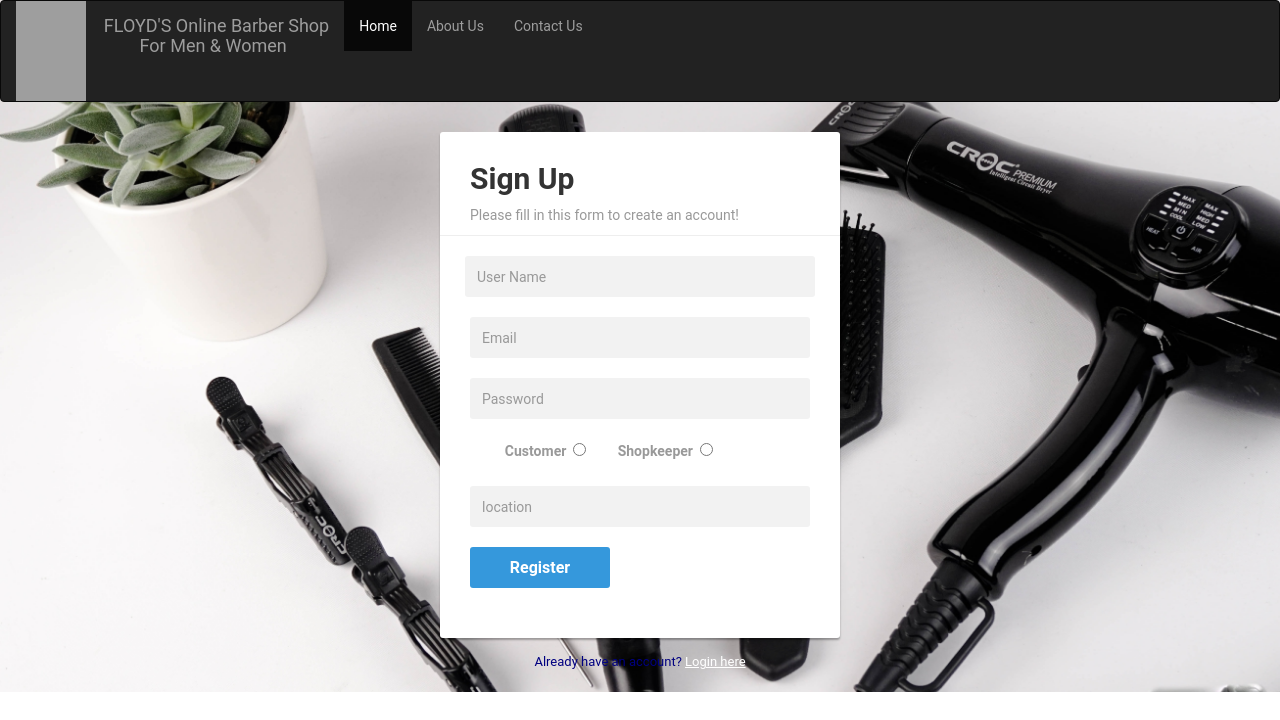
Repository: Mithil-Chavan/OnlineBarbershopManagementSystem
Page: http://localhost/OnlineBarberShop/WEB-INF/views/user/register.jsp
The author's editor kept a copy of each file at every save. The page is drawn from the files as they stood at one save, then again after the next save.
The browser window is 1280 px wide. The pictures show the whole page.
Some web fonts or font styles are not loaded; a fallback is used. The page is served by Tomcat 9. Nobody is signed in. The template is opened directly, without the code that normally fills it, so the values that code supplies are empty.

Above is the page before, as saved 2021-03-25 07:15:24.

After the next save:
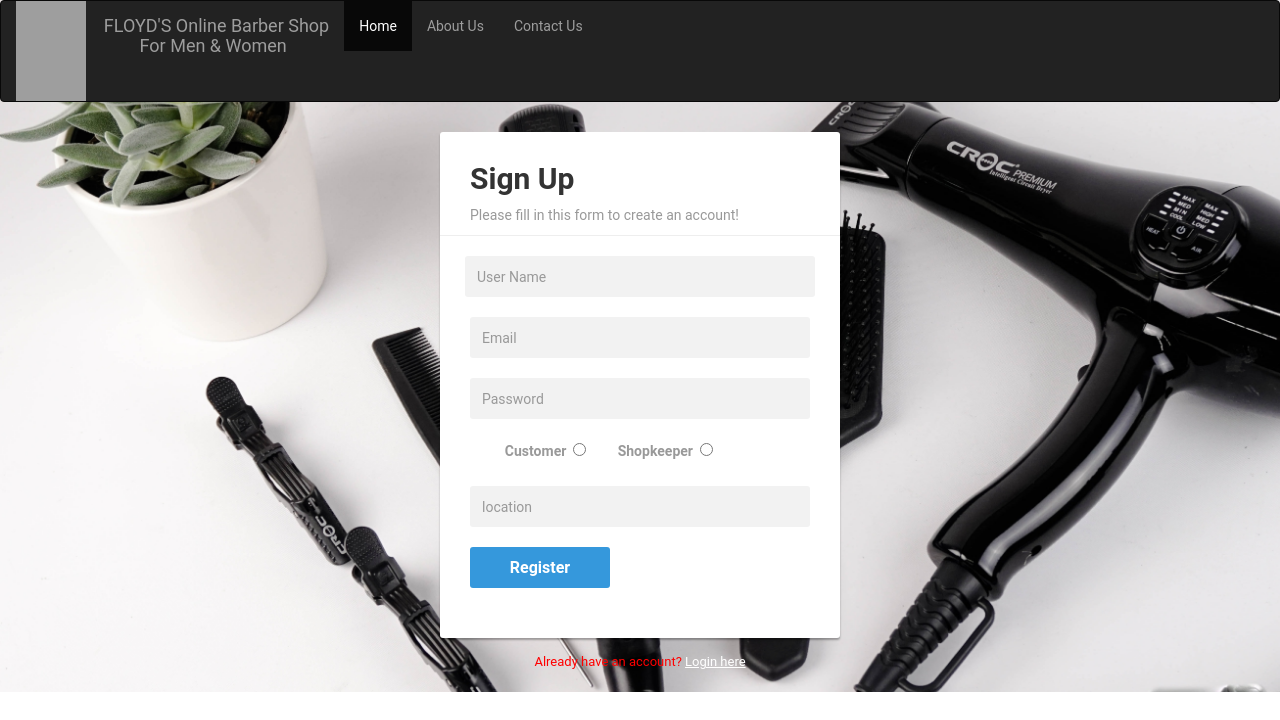
Saved 26 s later.
--- a/OnlineBarberShop/OnlineBarberShop/src/main/webapp/WEB-INF/views/user/register.jsp
+++ b/OnlineBarberShop/OnlineBarberShop/src/main/webapp/WEB-INF/views/user/register.jsp
@@ -99,7 +99,7 @@ body {
 	text-decoration: underline;
 }
 .signup-form .hint-text  {
-color:#000080;
+color:#FF0000;
 font-size: 13px;
 	padding-bottom: 15px;
 	text-align: center;
